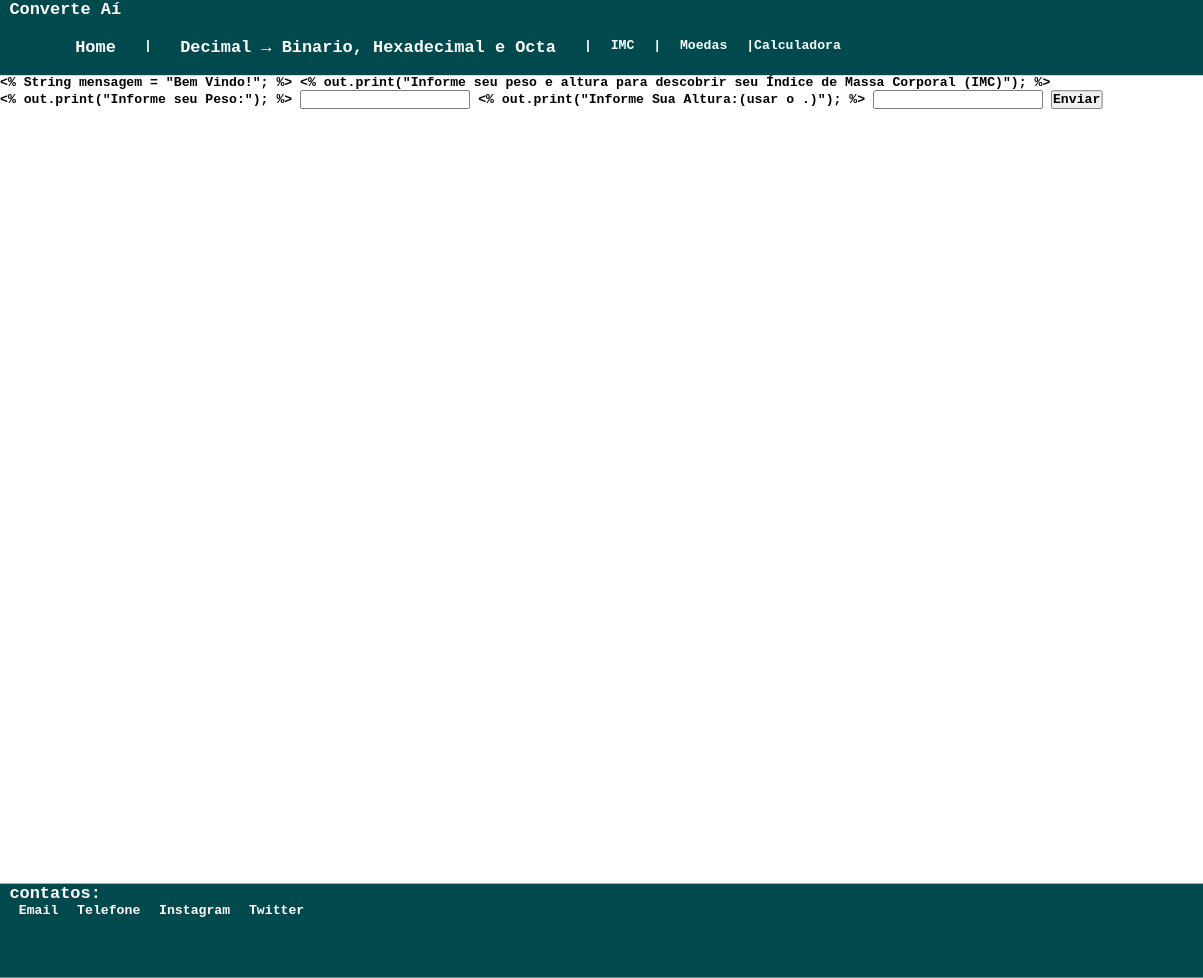
Repository: Frav1u/converteai
Page: ConverteAi/src/main/webapp/imc.html
These files come from the project's save history. The page is drawn as it stood at one moment and after the next save; the edit follows.
The browser window is 1280 px wide. The pictures show the whole page, at 94% of full size.
Some web fonts or font styles are not loaded; a fallback is used.

Above is the page before, as saved 2023-09-30 23:09:22.

After the next save:
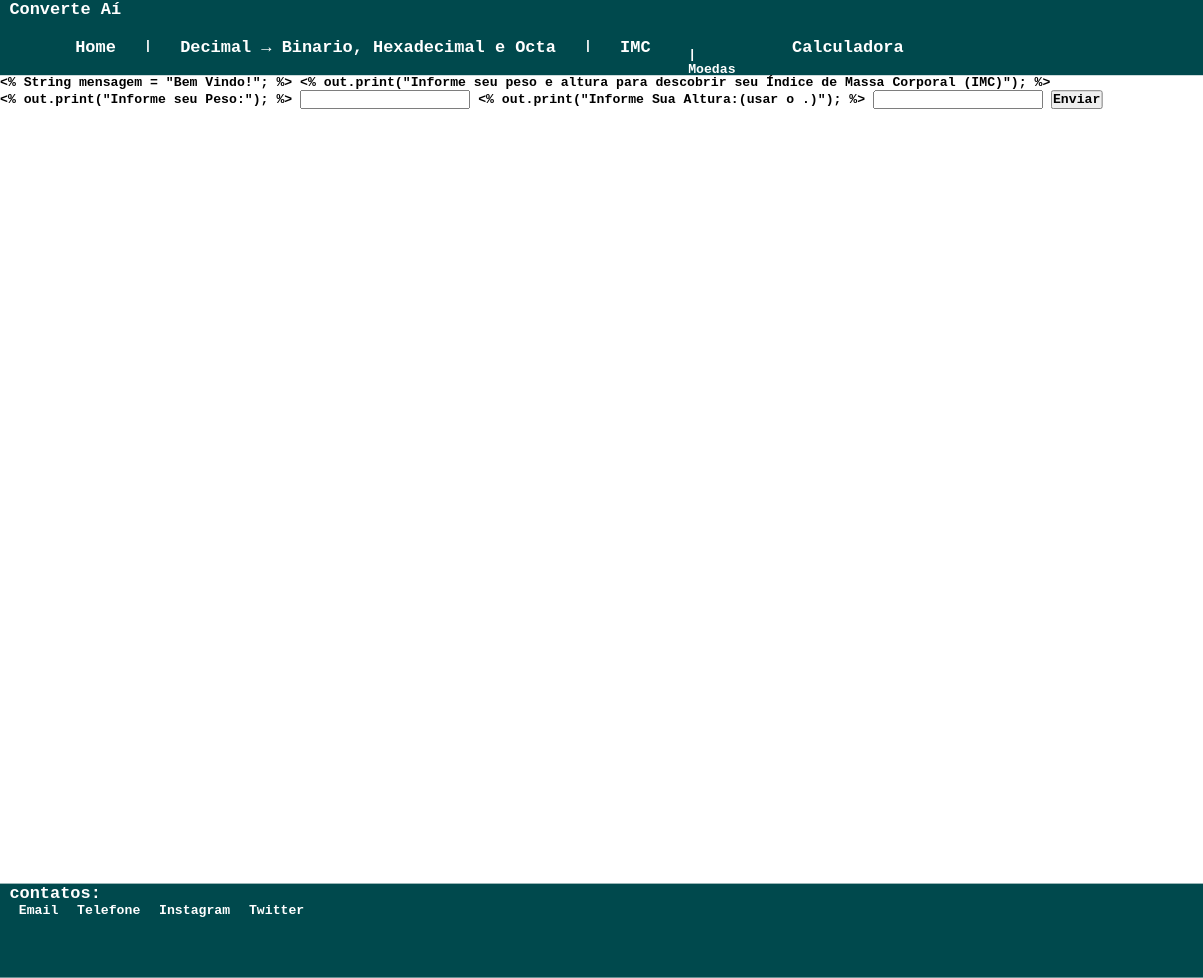
Saved 84 s later.
--- a/ConverteAi/src/main/webapp/imc.html
+++ b/ConverteAi/src/main/webapp/imc.html
@@ -16,11 +16,12 @@
 				<li>  |  </li>
 				<li><a href="decimalParaBinario.html">Decimal → Binario, Hexadecimal e Octa</a></li>
 				<li>  |  </li>
-				<li>IMC</li>
+				<li><a href="imc.html">IMC</></li>
 				<li>  |  </li>
 				<li>Moedas</li>
 				<li>  |  </li>
-				<li<a>Calculadora</a></li>
+				<li><a href="calculadora.html">Calculadora</a></li>
+			</ul>
 			</ul>
 		</nav>
 	</header>
